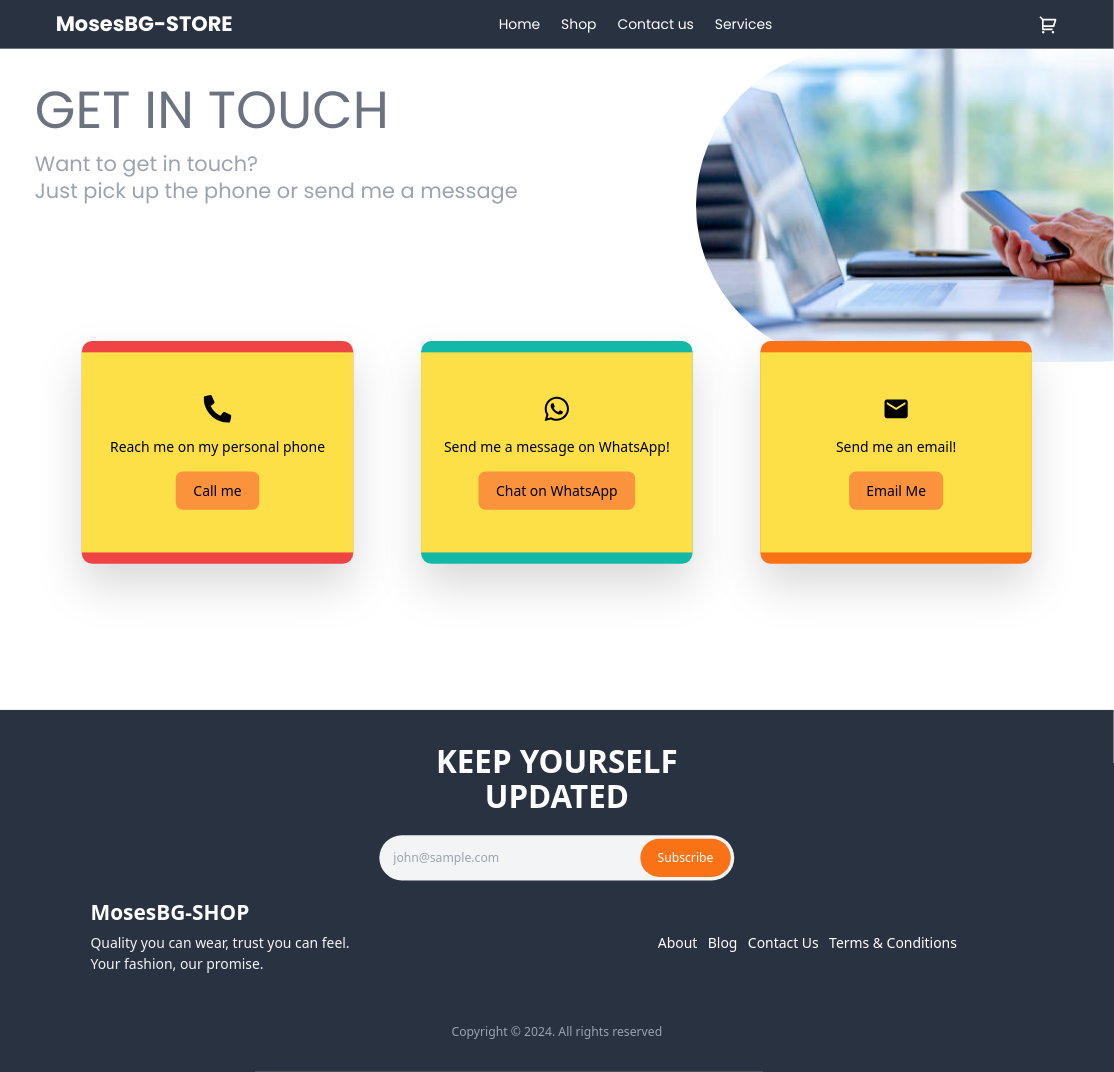
Repository: moshebengan/cart
Page: /fake-store/contact-us
These files come from the project's save history. The page is drawn as it stood at one moment and after the next save; the edit follows.
The browser window is 1280 px wide. The pictures show the whole page, at 87% of full size.
The project was rebuilt for these pictures with package versions that can differ from the ones it lists, and the page was loaded fresh each time. Also part of the build but not shown: vite.config.js, src/components/Error.jsx, src/utils/data.js, src/utils/apiCalls.js, src/components/Loading.jsx, src/components/Products.jsx, src/pages/HomePage.jsx, src/components/EmptyCart.jsx and 4 more.

Above is the page before, as saved 2024-09-16 10:05:55.

### index.html
<!DOCTYPE html>
<html lang="en">
  <head>
    <meta charset="UTF-8" />
    <link rel="icon" type="image/svg+xml" href="/vite.svg" />
    <meta name="viewport" content="width=device-width, initial-scale=1.0" />
    <link rel="preconnect" href="https://fonts.googleapis.com" />
    <link rel="preconnect" href="https://fonts.gstatic.com" crossorigin />
    <link
      href="https://fonts.googleapis.com/css2?family=Poppins:ital,wght@0,100;0,200;0,300;0,400;0,500;0,600;0,700;0,800;0,900;1,100;1,200;1,300;1,400;1,500;1,600;1,700;1,800;1,900&display=swap"
      rel="stylesheet"
    />
    <title>MosesBG-SHOP</title>
  </head>
  <body>
    <div id="root"></div>
    <script type="module" src="/src/main.jsx"></script>
  </body>
</html>

### src/main.jsx
import { StrictMode } from 'react'
import { createRoot } from 'react-dom/client'

import './index.css'
import { createBrowserRouter, RouterProvider } from 'react-router-dom'
import routes from './routes.jsx'

const router = createBrowserRouter(routes)

createRoot(document.getElementById('root')).render(
  <StrictMode>
    <RouterProvider router={router} />
  </StrictMode>,
)

### src/index.css
@tailwind base;
@tailwind components;
@tailwind utilities;

body,
html {
  height: 100%;
  width: 100%;
}

.container {
  width: 90%;
  margin: auto;
}

### src/routes.jsx
import Error from "./components/Error";
import ContactUs from "./pages/ContactUs";
import HomePage from "./pages/HomePage";
import MyCart from "./pages/MyCart";
import NavigationBar from "./pages/NavigationBar";
import ShopPage from "./pages/ShopPage";


const routes = [
	{
		path: '/fake-store',
		element: <NavigationBar />,
		children: [
			{
				path:"home",
				element:<HomePage/>,
				errorElement: <Error/>
			},
			{ 	path: 'shop',
				 	element: <ShopPage />,
					errorElement: <Error/>

			},
			{
				path: 'cart',
				element: <MyCart />,
				errorElement: <Error/>
			},
			{
				path:'contact-us',
				element: <ContactUs/>,
				errorElement: <Error />
			}
		]

	},

];

export default routes

### src/pages/ContactUs.jsx
import { FaPhoneAlt, FaWhatsapp } from "react-icons/fa";
import Footer from "../components/Footer";
import { MdEmail } from "react-icons/md";

const ContactUs = () => {
  return (
    <>
      <div className="w-full h-screen flex flex-col overflow-x-hidden">
        <div className="w-full h-[50%] relative">
          <div className="h-full bg-white flex flex-col">
            <h3 className="text-gray-500 text-6xl ml-10 mt-10 font-poppins">
              GET IN TOUCH
            </h3>
            <h4 className="text-gray-400 text-2xl ml-10 mt-4 font-poppins">
              Want to get in touch? <br />
              Just pick up the phone or send me a message
            </h4>
          </div>
          <img
            src="/contactus2.jpg"
            alt=""
            className="w-[50%] h-full absolute -right-40 top-0 rounded-full object-cover"
          />
        </div>
        <div className="relative w-full h-[40%] bg-white p-4">
          <div className="h-full  bg-transparent flex justify-evenly relative -top-10  ">
            <div className=" w-1/4 h-full bg-red-500  flex flex-col items-center justify-center rounded-xl drop-shadow-2xl">
              <div className="bg-yellow-300 h-[90%] w-full items-center justify-center flex  flex-col gap-4">
                <FaPhoneAlt size={"2em"} />
                <span>Reach me on my personal phone</span>
                <button className="px-5 py-2.5 font-medium bg-orange-400 rounded-lg transition hover:bg-orange-800 hover:text-white">
                  <a href={`tel:${+972525833787}`}>Call me</a>
                </button>
              </div>
            </div>
            <div className="w-1/4 h-full bg-teal-500 flex flex-col items-center justify-center rounded-xl drop-shadow-2xl">
              <div className="bg-yellow-300 h-[90%] w-full items-center justify-center flex  flex-col gap-4">
                <FaWhatsapp size={"2em"} />
                <span>Send me a message on WhatsApp!</span>
                <button className="px-5 py-2.5 font-medium bg-orange-400 rounded-lg transition hover:bg-orange-800 hover:text-white">
                  <a
                    href={`https://wa.me/${+972525833787}`}
                    target="_blank"
                    rel="noopener noreferrer"
                  >
                    Chat on WhatsApp
                  </a>
                </button>
              </div>
            </div>
            <div className=" w-1/4 h-full bg-orange-500  flex items-center justify-center rounded-xl drop-shadow-2xl">
              <div className="bg-yellow-300 h-[90%] w-full items-center flex justify-center  flex-col gap-4">
                <MdEmail size={"2em"} />
                <span>Send me an email!</span>
                <button className="px-5 py-2.5 font-medium bg-orange-400 rounded-lg transition hover:bg-orange-800 hover:text-white">
                  <a href={`mailto:moshebengan@gmail.com`}>Email Me</a>
                </button>
              </div>
            </div>
          </div>
        </div>
      </div>

      <Footer />
    </>
  );
};

export default ContactUs;

### src/pages/NavigationBar.jsx
import { useState } from "react";
import { Link, Outlet } from "react-router-dom";
import { IoMdMenu, IoMdClose } from "react-icons/io";
import Cart from "../components/Cart";

const NavigationBar = () => {
  const [isOpen, setIsOpen] = useState(false);
  const [cartItems, setCartItems] = useState(0);

  const openNav = () => {
    setIsOpen(!isOpen);
  };

  const resetNav = () => {
    if (isOpen) setIsOpen(!isOpen);
  };

  return (
    <>
      <div className="w-full bg-dark-blue font-poppins">
        <div className="container">
          <nav className="py-3 flex justify-between items-center text-white">
            <h1 className="font-bold text-2xl">MosesBG-STORE</h1>
            <div className="hidden md:flex gap-6">
              <Link to={"/fake-store/home"}>Home</Link>
              <Link to={"/fake-store/shop"}>Shop</Link>
              <Link to={"/fake-store/contact-us"}>Contact us</Link>
              <Link>Services</Link>
            </div>
            <div className="flex flex-row items-center gap-5">
              <Cart resetNav={resetNav} items={cartItems} />
              <div className="z-50 md:hidden">
                <button className="flex items-center">
                  {isOpen ? (
                    <IoMdClose className="p1" onClick={openNav} />
                  ) : (
                    <IoMdMenu className="p1" onClick={openNav} />
                  )}
                </button>
              </div>
            </div>
          </nav>
          <div
            className={`container text-dark-blue ${
              isOpen ? "block" : "hidden"
            } `}
          >
            <div className="z-40 fixed top-0 left-0 bottom-0 w-full bg-dark-blu opacity-35"></div>
            <nav className="z-50 fixed top-0 left-0 bottom-0 flex flex-col gap-10 w-5/6 max-w-sm py-6 px-6 bg-[#F8F8F8] overflow-y-auto">
              <div>
                <h1 className="font-bold text-3xl">MosesBG-SHOP</h1>
                <hr className="h-px mt-3 bg-gray-200 border-0" />
              </div>
              <div className="flex flex-col gap-5">
                <Link
                  to={"/fake-store"}
                  className="nav-item-hover"
                  onClick={resetNav}
                >
                  Home
                </Link>
                <Link
                  to={"/fake-store/shop"}
                  className="nav-item-hover"
                  onClick={resetNav}
                >
                  Shop
                </Link>
                <Link className="nav-item-hover">Contact Us</Link>
                <Link className="nav-item-hover">Services</Link>
                <hr className="h-px mt-3 bg-gray-200 border-0" />
              </div>
            </nav>
          </div>
        </div>
      </div>
      <div className="h-screen w-auto">
        <Outlet context={[cartItems, setCartItems]} />
      </div>
    </>
  );
};

export default NavigationBar;

### src/components/Footer.jsx
import { Link } from "react-router-dom";

const Footer = () => {
  return (
    <footer className="w-full h-auto bg-dark-blue mt-10 pb-5">
      <div className="mx-auto max-w-md text-center p-5">
        <h1 className="font-bold text-4xl text-white mt-5 mb-3">
          KEEP YOURSELF UPDATED
        </h1>
        <form className="mt-6">
          <div className="relative max-w-lg">
            <label className="sr-only" htmlFor="email">
              Email
            </label>
            <input
              type="email"
              name="email"
              id="email"
              placeholder="john@sample.com"
              className="w-full rounded-full border-gray-200 bg-gray-100 p-4 pe-32 text-sm font-medium focus:outline-none"
            />
            <button className="absolute end-1 top-1/2 -translate-y-1/2 rounded-full bg-orange-500 px-5 py-3 text-sm font-medium text-white hover:bg-orange-900">
              Subscribe
            </button>
          </div>
        </form>
      </div>
      <div className="container grid grid-cols-1 text-white my-10 md:grid-cols-2">
        <div className="w-full flex flex-col px-10 md:text-left ">
          <h1 className="font-bold text-2xl mb-2">MosesBG-SHOP</h1>
          <p className="mb-4 text-base text-gray-100">
          Quality you can wear, trust you can feel. <br />
          Your fashion, our promise.
          </p>
        </div>
        <div className="w-full flex justify-center items-center gap-6 flex-wrap md:gap-3">
          <Link>About</Link>
          <Link>Blog</Link>
          <Link>Contact Us</Link>
          <Link>Terms & Conditions</Link>
        </div>
      </div>
      <p className="mt-10 mb-4 text-sm text-gray-400 text-center">
        Copyright © 2024. All rights reserved
      </p>
    </footer>
  );
};

export default Footer;

### src/components/Cart.jsx
import { RiShoppingCart2Line } from "react-icons/ri";
import { Link } from "react-router-dom";

const Cart = ({ resetNav, items }) => {
  return (
    <Link to={"/fake-store/cart"} onClick={resetNav}>
      <div className="relative">
        <RiShoppingCart2Line size={"1.4em"} />
        <span className="absolute text-xs bg-orange-500 p-0.3 px-1 text-red-50 rounded-full -top-1.5 left-4">
          {items > 0 ? items : ""}
        </span>
      </div>
    </Link>
  );
};

export default Cart;

### tailwind.config.js
/** @type {import('tailwindcss').Config} */
export default {
  content: [
    "./index.html",
    "./src/**/*.{js,ts,jsx,tsx}",
  ],
  theme: {
    fontFamily: {
      poppins: ["Poppins", "sans-serif"]
    },
    extend: {
      backgroundImage: {
        "homepage-image": "url('/public/bghomepage.jpg')",
        "homepage-darker": "url('/public/darkerbg.jpg')",
        "contact-us-image": "url('/public/contactus.jpg')"
      },
      colors: {
      "dark-blue": "#293241"
    },
    keyframes: {
      'fade-in-out': {
        '0%': { opacity: '0', transform: 'scale(0.95)' },
        '100%': { opacity: '1', transform: 'scale(1)' },
      },
    },
    animation: {
      'fade-in-out': 'fade-in-out 0.5s ease-in-out', // Customize duration and easing
    },
  }
  },
  plugins: [],
}

After the next save:
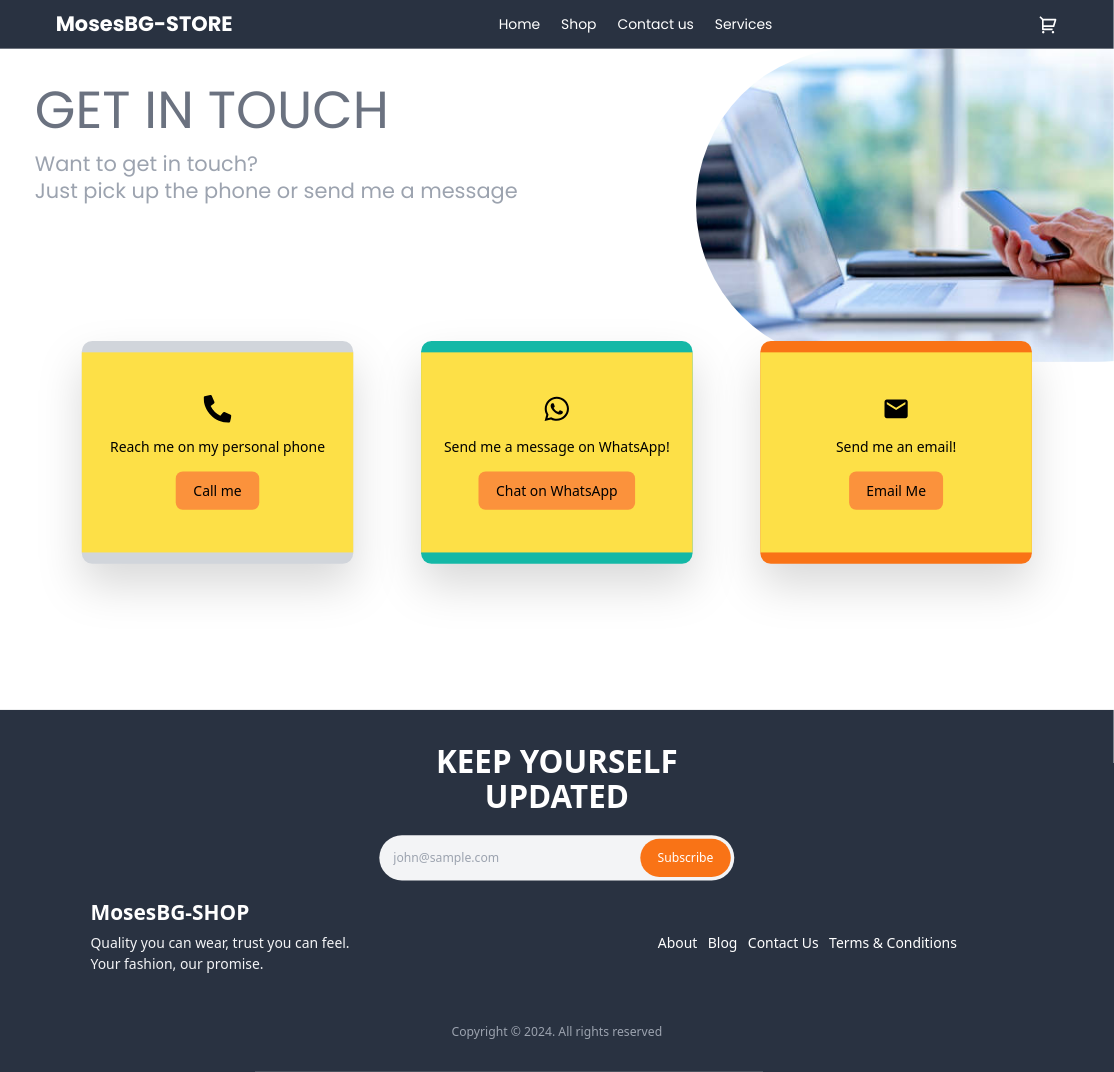
Saved 2 min 7 s later.
--- a/src/pages/ContactUs.jsx
+++ b/src/pages/ContactUs.jsx
@@ -24,7 +24,7 @@ const ContactUs = () => {
         </div>
         <div className="relative w-full h-[40%] bg-white p-4">
           <div className="h-full  bg-transparent flex justify-evenly relative -top-10  ">
-            <div className=" w-1/4 h-full bg-red-500  flex flex-col items-center justify-center rounded-xl drop-shadow-2xl">
+            <div className=" w-1/4 h-full bg-gray-300  flex flex-col items-center justify-center rounded-xl drop-shadow-2xl">
               <div className="bg-yellow-300 h-[90%] w-full items-center justify-center flex  flex-col gap-4">
                 <FaPhoneAlt size={"2em"} />
                 <span>Reach me on my personal phone</span>
